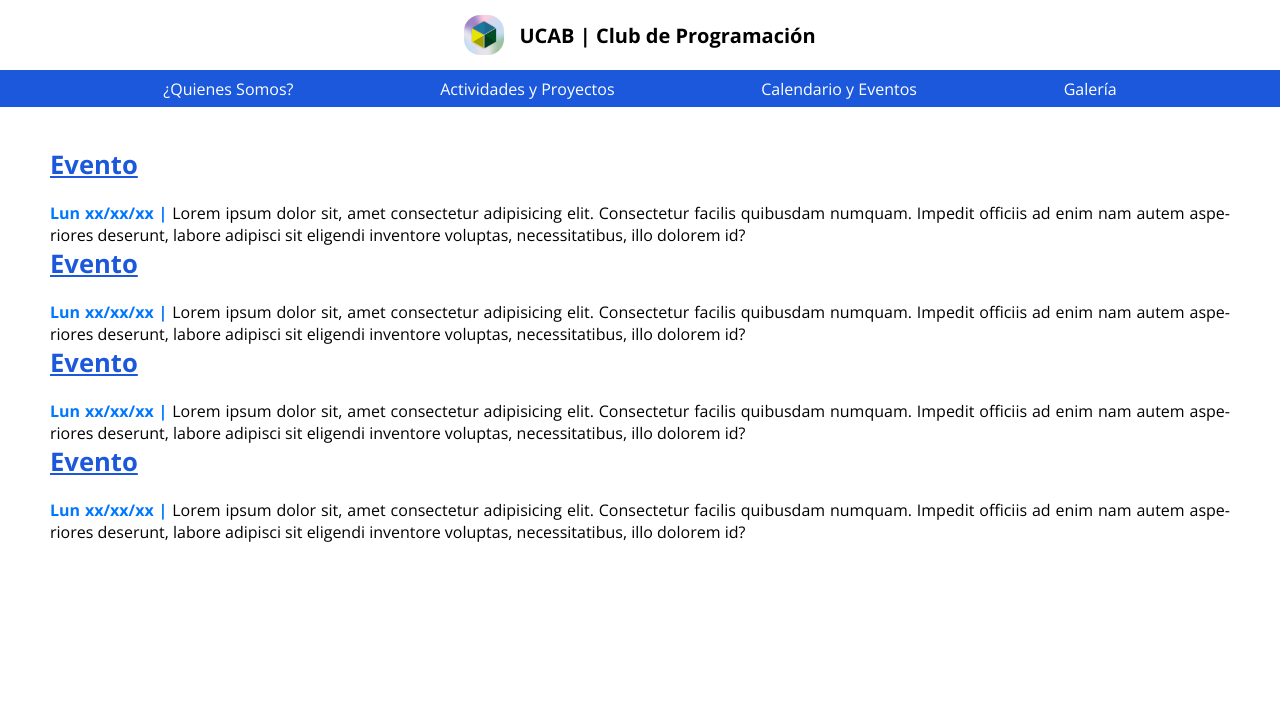
Repository: LuisR404/LandingPage
Page: Pages/CalendarioYEventos.html
An editor plug-in stored every save of this project. The page is shown before and after the next save, followed by the edit.
The browser window is 1280 px wide. The pictures show the whole page.

Above is the page before, as saved 2025-11-24 14:33:48.

### Pages/CalendarioYEventos.html
<!DOCTYPE html>
<html lang="es">
<head>
    <meta charset="UTF-8">
    <meta name="viewport" content="width=device-width, initial-scale=1.0">
    <link rel="stylesheet" href="../Styles/CommonStyles.css">   <!-- ESTILOS GENERALES -->
    <link rel="stylesheet" href="../Styles/CalendarioYEventos.css">     <!-- ESTILOS DE LA PÁGINA -->
    <title>Document</title>
</head>
<body>
    <!-- TITULO -->
    <section class="header">
        <img src="../resources/club_icon.jpg" alt="" id="header-logo">
        <h1>UCAB | Club de Programación</h1>
    </section>

    <!-- NAV BAR -->
    <nav class="header-nav">
        <ul>
            <li><a href="./QuienesSomos.html">¿Quienes Somos?</a></li>
            <li><a href="./ActividadesYProyectos.html">Actividades y Proyectos</a></li>
            <li><a href="./CalendarioYEventos.html">Calendario y Eventos</a></li>
            <li><a href="./Galeria.html">Galería</a></li>
        </ul>
    </nav>

    <section class="eventos">
        <div id="eventos-container">
            <div class="evento">
                <h2>Evento</h2>
                <p><b>Lun xx/xx/xx | </b>Lorem ipsum dolor sit, amet consectetur adipisicing elit. Consectetur facilis quibusdam numquam. Impedit officiis ad enim nam autem asperiores deserunt, labore adipisci sit eligendi inventore voluptas, necessitatibus, illo dolorem id?</p>
            </div>

            <div class="evento">
                <h2>Evento</h2>
                <p><b>Lun xx/xx/xx | </b>Lorem ipsum dolor sit, amet consectetur adipisicing elit. Consectetur facilis quibusdam numquam. Impedit officiis ad enim nam autem asperiores deserunt, labore adipisci sit eligendi inventore voluptas, necessitatibus, illo dolorem id?</p>
            </div>

            <div class="evento">
                <h2>Evento</h2>
                <p><b>Lun xx/xx/xx | </b>Lorem ipsum dolor sit, amet consectetur adipisicing elit. Consectetur facilis quibusdam numquam. Impedit officiis ad enim nam autem asperiores deserunt, labore adipisci sit eligendi inventore voluptas, necessitatibus, illo dolorem id?</p>
            </div>

            <div class="evento">
                <h2>Evento</h2>
                <p><b>Lun xx/xx/xx | </b>Lorem ipsum dolor sit, amet consectetur adipisicing elit. Consectetur facilis quibusdam numquam. Impedit officiis ad enim nam autem asperiores deserunt, labore adipisci sit eligendi inventore voluptas, necessitatibus, illo dolorem id?</p>
            </div>
        </div>
    </section>
</body>
</html>

### Styles/CommonStyles.css
/* ============ ESTILOS DE PAGINA ============ */
@import url('https://fonts.googleapis.com/css2?family=Open+Sans:wght@400;700&display=swap');

* {
    font-family: 'Open sans', sans-serif;
    margin: 0;
}

.item {
    border: 1px solid rgba(255, 255, 255, 0.25);
    box-sizing: border-box;
    box-shadow: inset 0px 0px 3.5px rgba(255, 255, 255, 0.5), 3px 5px 10px rgba(0, 0, 0, 0.4);
    /* box-shadow:  */
}

img {
    max-width: 100% ;
}

button:hover {
    cursor: pointer;
    scale: 110%;
}

/* ============ HEADER ============ */
.header {
    display: flex;
    justify-content: center;
    align-items: center;

    padding-top: 15px;
    padding-bottom: 15px;
}

.header h1 {  /* ------> titulo */
    font-size: clamp(17px, 4vw, 20px);
    white-space: nowrap;

    margin-left: 15px;
}

#header-logo {  /* ------> logo */
    width: clamp(32px, 7vw, 40px);
    height: clamp(32px, 7vw, 40px);

    border-radius: 40%;
}

/* ========== NAV BAR ========== */
.header-nav {
    display: flex;
    justify-content: center;

    padding-top: 7.5px;
    padding-bottom: 7.5px;


    background-color: #1C58DB;
}

.header-nav ul {  /* ------> lista */
    display: flex;
    flex-direction: row;
    justify-content: space-around;

    width: 1100px;

    padding: 0;

    list-style: none;
}

.header-nav ul li a {  /* ------> links */
    text-decoration: none;
    color: white;
}

### Styles/CalendarioYEventos.css
img {
    width: 150px;
}

.eventos {
    display: flex;
    flex-direction: column;
    padding: 40px 50px;

    max-width: 100%;
}

.evento h2 {
    font-size: clamp(20px, 2vw, 30px);
    font-weight: 800;
    white-space: nowrap;
    text-decoration: underline;
    color: #1C58DB;
    margin-bottom: 20px;
}

.evento p {
    font-size: auto;

    justify-content: center;

    text-align: justify;
    hyphens: auto;
}

.evento b {
    color: #0077ffff;
    font-weight: 800;
}

.evento:hover {
    cursor: pointer;
}

After the next save:
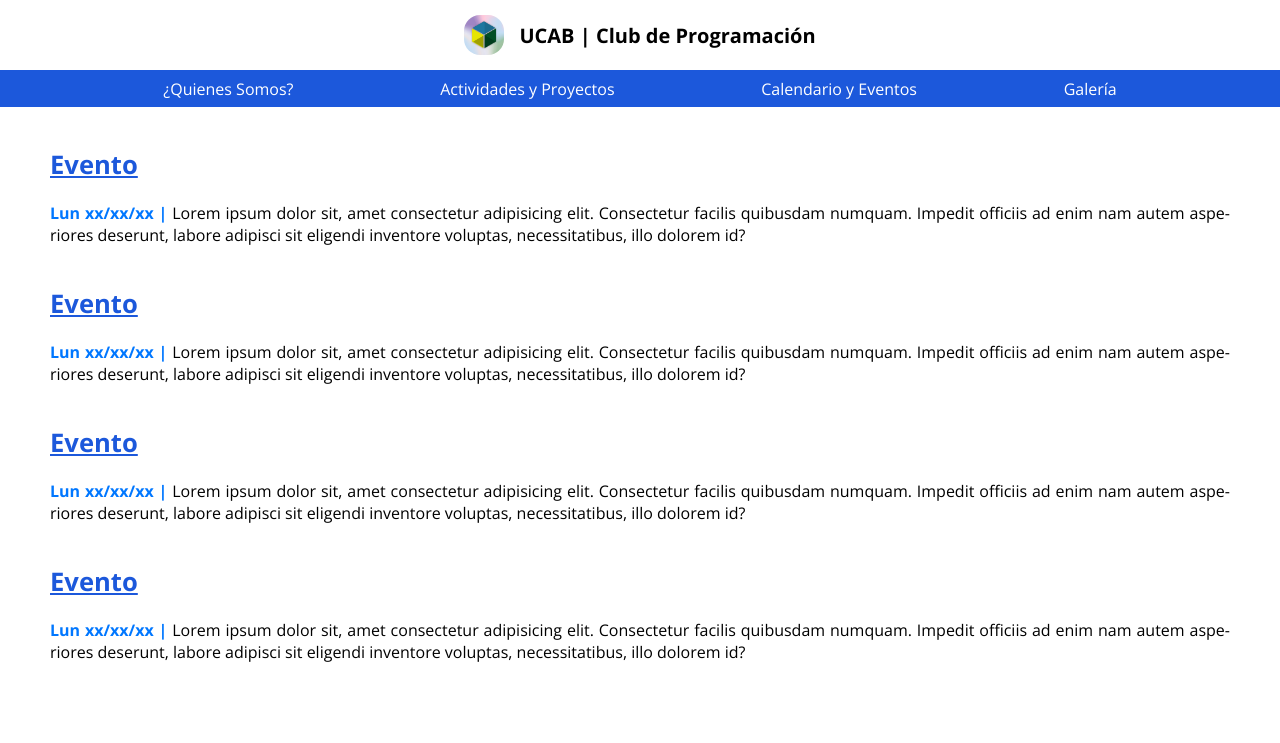
Saved 24 s later.
--- a/Styles/CalendarioYEventos.css
+++ b/Styles/CalendarioYEventos.css
@@ -8,6 +8,10 @@ img {
     padding: 40px 50px;
 
     max-width: 100%;
+}
+
+.evento {
+    padding-bottom: 40px
 }
 
 .evento h2 {
